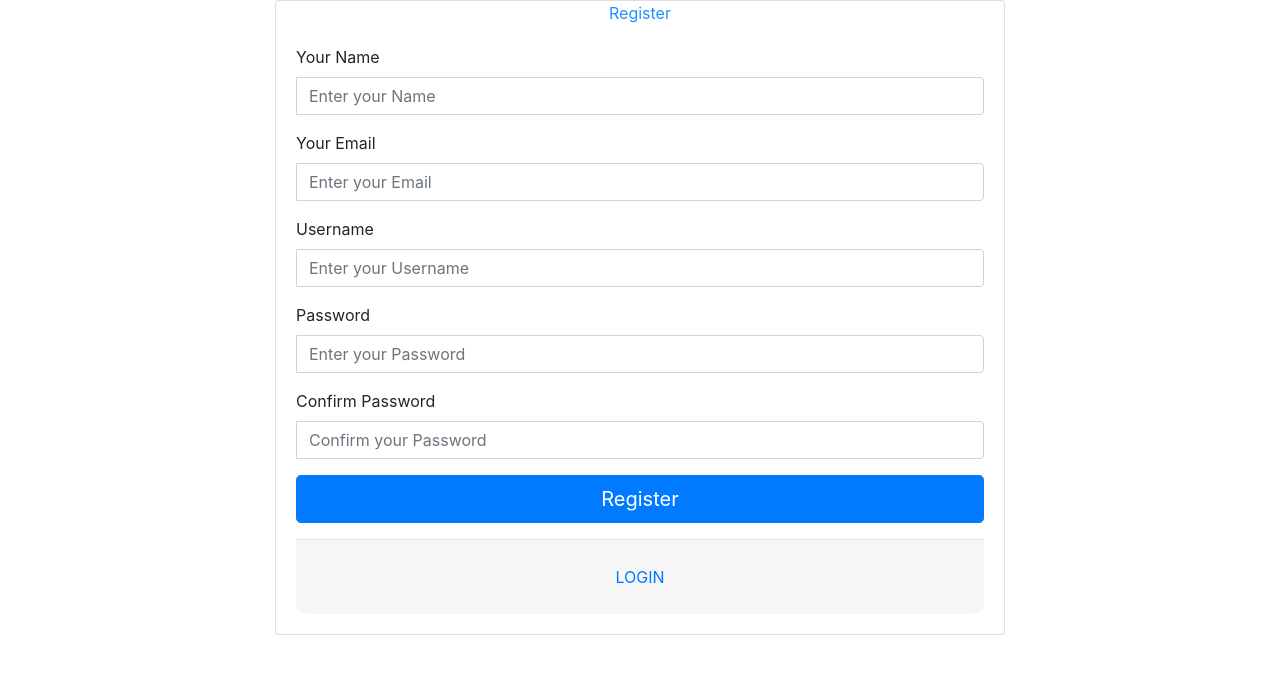
Repository: phamtailinh/webtintuc
Page: http://localhost/doicapdat/Dangky.jsp
These files come from the project's save history. The page is drawn as it stood at one moment and after the next save; the edit follows.
The browser window is 1280 px wide. The pictures show the whole page.
Some web libraries are served in a nearby version. The page is served by Tomcat 9. Other server files are loaded and not shown.

Above is the page before, as saved 2022-01-07 08:27:03.
Console error: TypeError: Cannot read properties of undefined (reading 'fn')

### doicapdat/src/main/webapp/Dangky.jsp
<%@ page language="java" contentType="text/html; charset=ISO-8859-1"
	pageEncoding="ISO-8859-1"%>
<!DOCTYPE html>
<html>
<head>
<meta charset="ISO-8859-1">
<title>Insert title here</title>
<link
	href="//maxcdn.bootstrapcdn.com/bootstrap/4.1.1/css/bootstrap.min.css"
	rel="stylesheet" id="bootstrap-css">
<script
	src="//maxcdn.bootstrapcdn.com/bootstrap/4.1.1/js/bootstrap.min.js"></script>
<script
	src="//cdnjs.cloudflare.com/ajax/libs/jquery/3.2.1/jquery.min.js"></script>
<style type="text/css">
#formFooter {
	background-color: #f6f6f6;
	border-top: 1px solid #dce8f1;
	padding: 25px;
	text-align: center;
	-webkit-border-radius: 0 0 10px 10px;
	border-radius: 0 0 10px 10px;
}
</style>
</head>
<body>
	<div class="container">
		<div class="row justify-content-center">
			<div class="col-md-8">
				<div class="card">
					<div style="color: #1E90FF; text-align: center;">Register</div>
					<div class="card-body">

						<form class="form-horizontal" method="post" action="#">

							<div class="form-group">
								<label for="name" class="cols-sm-2 control-label">Your
									Name</label>
								<div class="cols-sm-10">
									<div class="input-group">
										<span class="input-group-addon"><i
											class="fa fa-user fa" aria-hidden="true"></i></span> <input
											type="text" class="form-control" name="name" id="name"
											placeholder="Enter your Name" />
									</div>
								</div>
							</div>
							<div class="form-group">
								<label for="email" class="cols-sm-2 control-label">Your
									Email</label>
								<div class="cols-sm-10">
									<div class="input-group">
										<span class="input-group-addon"><i
											class="fa fa-envelope fa" aria-hidden="true"></i></span> <input
											type="text" class="form-control" name="email" id="email"
											placeholder="Enter your Email" />
									</div>
								</div>
							</div>
							<div class="form-group">
								<label for="username" class="cols-sm-2 control-label">Username</label>
								<div class="cols-sm-10">
									<div class="input-group">
										<span class="input-group-addon"><i
											class="fa fa-users fa" aria-hidden="true"></i></span> <input
											type="text" class="form-control" name="username"
											id="username" placeholder="Enter your Username" />
									</div>
								</div>
							</div>
							<div class="form-group">
								<label for="password" class="cols-sm-2 control-label">Password</label>
								<div class="cols-sm-10">
									<div class="input-group">
										<span class="input-group-addon"><i
											class="fa fa-lock fa-lg" aria-hidden="true"></i></span> <input
											type="password" class="form-control" name="password"
											id="password" placeholder="Enter your Password" />
									</div>
								</div>
							</div>
							<div class="form-group">
								<label for="confirm" class="cols-sm-2 control-label">Confirm
									Password</label>
								<div class="cols-sm-10">
									<div class="input-group">
										<span class="input-group-addon"><i
											class="fa fa-lock fa-lg" aria-hidden="true"></i></span> <input
											type="password" class="form-control" name="confirm"
											id="confirm" placeholder="Confirm your Password" />
									</div>
								</div>
							</div>
							<div class="form-group ">
								<button type="button"
									class="btn btn-primary btn-lg btn-block login-button">Register</button>
							</div>
							<div id="formFooter">
								<a class="underlineHover" href="Layer.jsp">LOGIN</a>
							</div>
						</form>
					</div>

				</div>
			</div>
		</div>
	</div>
</body>
</html>

After the next save:
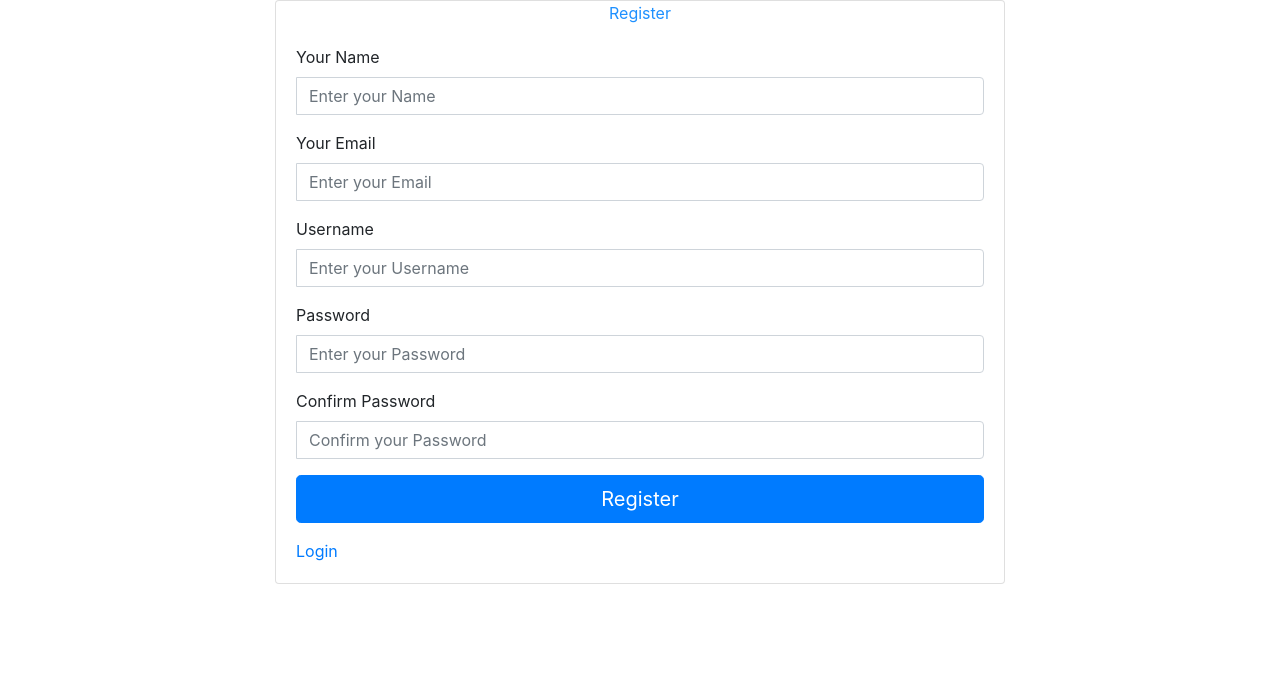
Saved 60 s later.
--- a/doicapdat/src/main/webapp/Dangky.jsp
+++ b/doicapdat/src/main/webapp/Dangky.jsp
@@ -12,16 +12,6 @@
 	src="//maxcdn.bootstrapcdn.com/bootstrap/4.1.1/js/bootstrap.min.js"></script>
 <script
 	src="//cdnjs.cloudflare.com/ajax/libs/jquery/3.2.1/jquery.min.js"></script>
-<style type="text/css">
-#formFooter {
-	background-color: #f6f6f6;
-	border-top: 1px solid #dce8f1;
-	padding: 25px;
-	text-align: center;
-	-webkit-border-radius: 0 0 10px 10px;
-	border-radius: 0 0 10px 10px;
-}
-</style>
 </head>
 <body>
 	<div class="container">
@@ -95,8 +85,8 @@
 								<button type="button"
 									class="btn btn-primary btn-lg btn-block login-button">Register</button>
 							</div>
-							<div id="formFooter">
-								<a class="underlineHover" href="Layer.jsp">LOGIN</a>
+							<div class="login-register">
+								<a href="Layer.jsp">Login</a>
 							</div>
 						</form>
 					</div>
